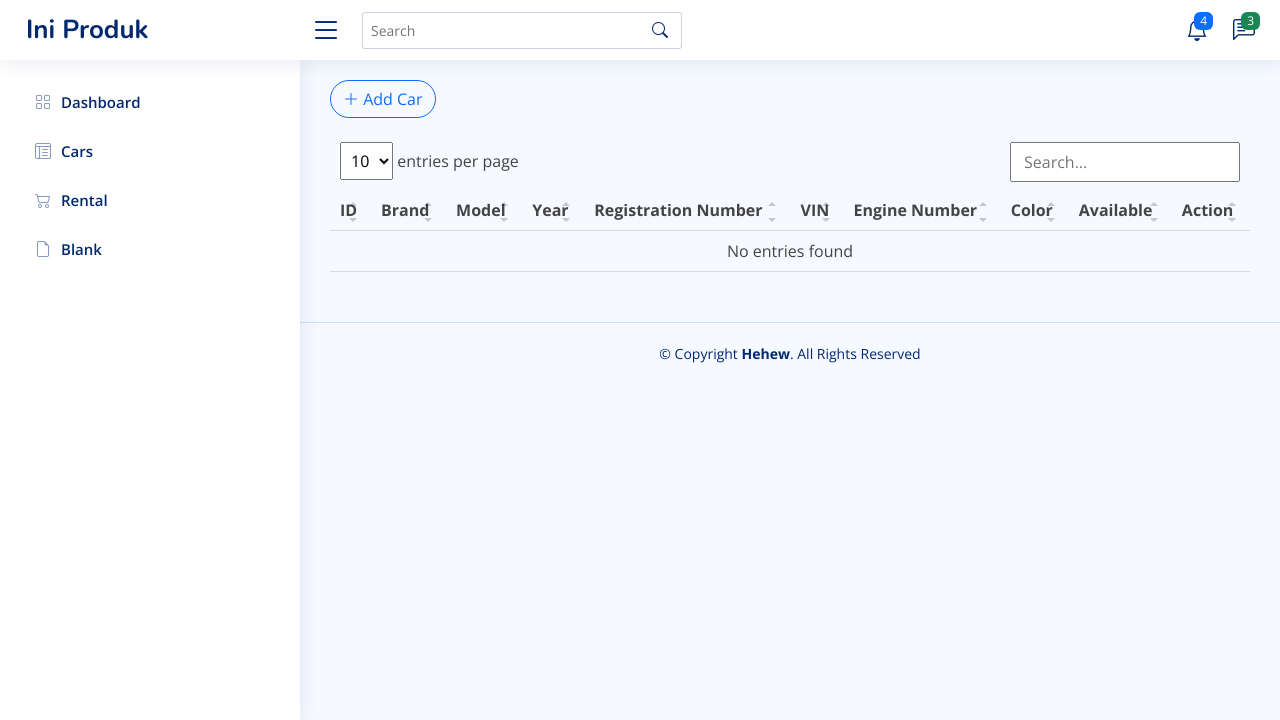
Repository: Jistoper/car_rental
Page: resources/views/backsite/content/car/cartable.blade.php
An editor plug-in stored every save of this project. The page is shown before and after the next save, followed by the edit.
The browser window is 1280 px wide. The pictures show the whole page.
The page is served by the project's Laravel application, run on PHP 8.4 with Laravel 9. The template is opened directly, without the code that normally fills it, so the values that code supplies are empty.

Above is the page before, as saved 2023-06-25 16:20:10.

After the next save:
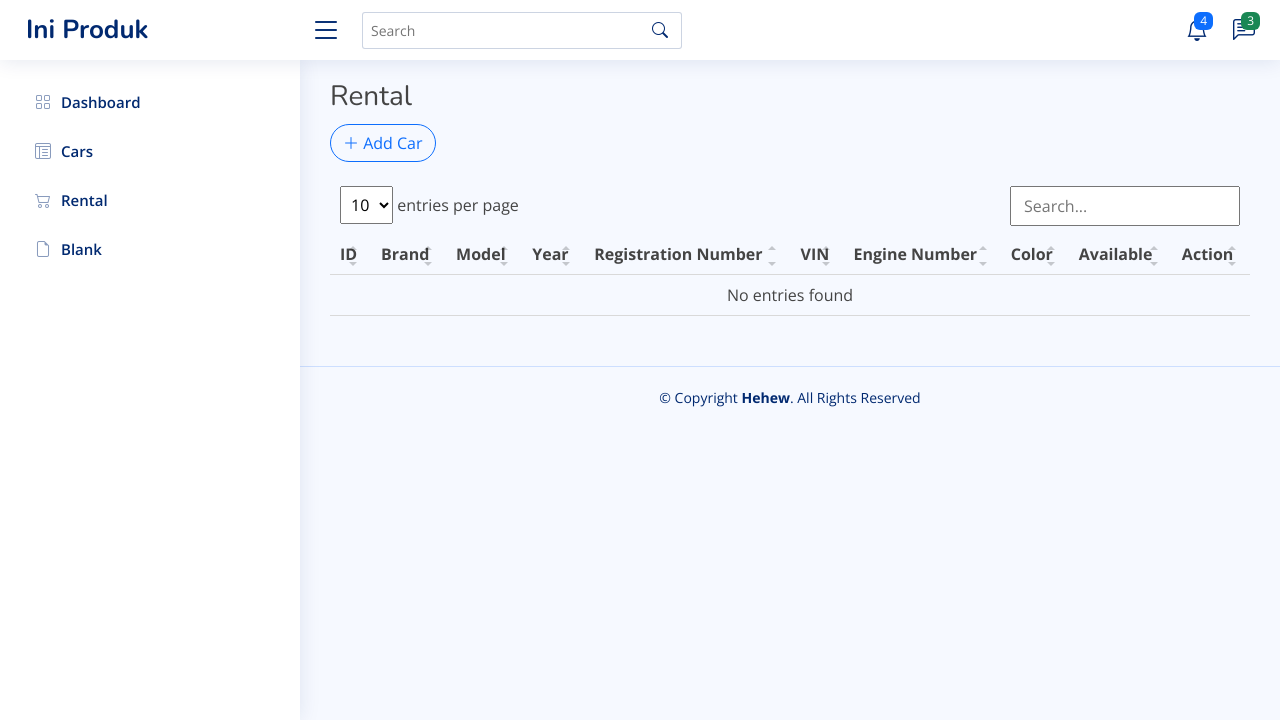
Saved 54 s later.
--- a/resources/views/backsite/content/car/cartable.blade.php
+++ b/resources/views/backsite/content/car/cartable.blade.php
@@ -3,6 +3,9 @@
 @section('content')
 
 <div>
+    <div class="pagetitle">
+        <h3>Rental</h3>
+    </div>
     <div class="mb-3">
         <a href="{{ route('car.create') }}" class="btn btn-outline-primary rounded-pill bi-plus-lg"> Add Car</a>
     </div>
